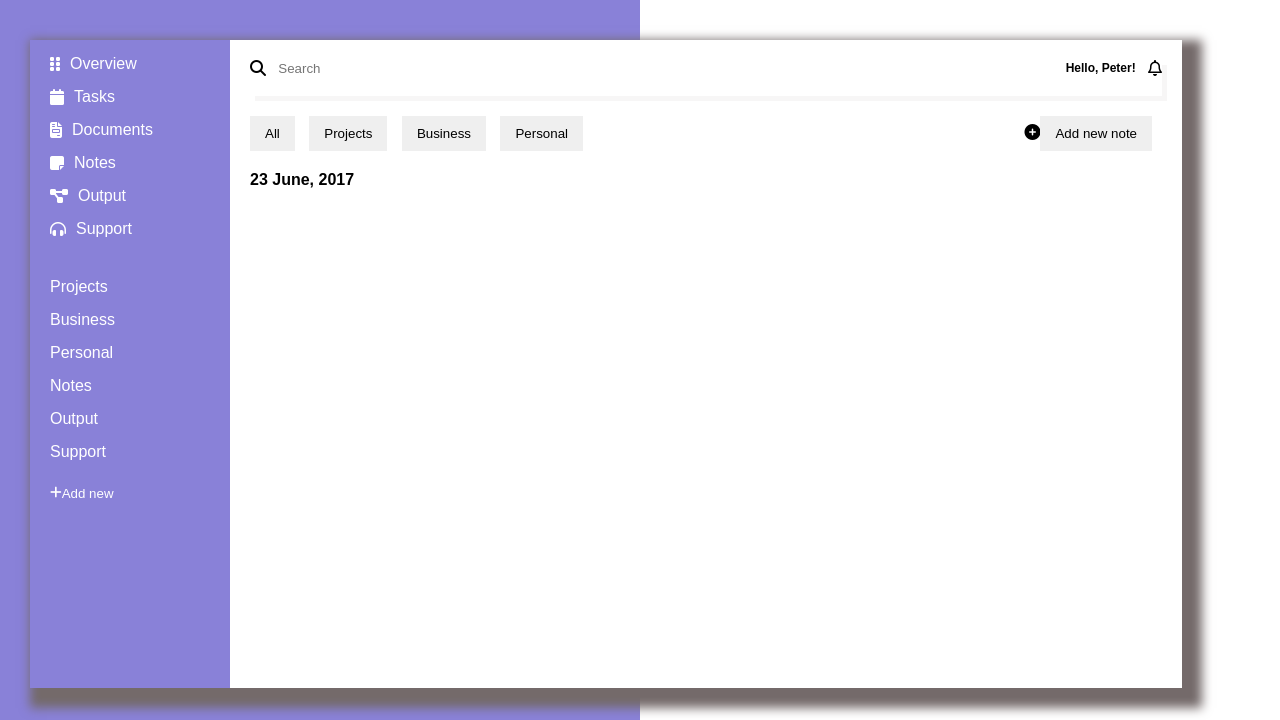
Repository: SatenikGabrielyan/HTML_CSS-_Assignment
Page: index.html
An editor plug-in stored every save of this project. The page is shown before and after the next save, followed by the edit.
The browser window is 1280 px wide. The pictures show the whole page.
Some web libraries are served in a nearby version.

Above is the page before, as saved 2025-03-18 00:29:17.

### index.html
<!DOCTYPE html>
<html lang="en">
  <head>
    <meta charset="UTF-8" />
    <meta name="viewport" content="width=device-width, initial-scale=1.0" />
    <title>Notes App</title>
    <link rel="stylesheet" href="./style.css" />
    <script src="https://kit.fontawesome.com/858d305f19.js" crossorigin="anonymous"></script>
</head>
  <body>
      <div class="cont">
          <div class="purp"></div>
          <div class="whit"></div>
      </div>
    <div class="container">
      <aside class="sidebar">
        <!-- <header class="circle">
            <i class="fa-regular fa-circle"></i>
        </header> -->
        <nav>
            <ul class="first">
                <li><i class="fa-solid fa-grip-vertical"></i>Overview</li>
                <li> <i class="fa-solid fa-calendar"></i>Tasks</li>
                <li><i class="fa-solid fa-file-invoice"></i>Documents</li>
                <li><i class="fa-solid fa-note-sticky"></i>Notes</li>
                <li><i class="fa-solid fa-diagram-project"></i>Output</li>
                <li><i class="fa-solid fa-headphones-simple"></i>Support</li>
            </ul>
            <ul class="second">
                <li>Projects</li>
                <li>Business</li>
                <li>Personal</li>
                <li>Notes</li>
                <li>Output</li>
                <li>Support</li>
            </ul>
        </nav>
        <button class="add-new"><i class="fa-solid fa-plus"></i>Add new</button>
        <div class="foot">

        </div>
    </aside>

    <main class="main-content">
       <div class="header">
            <i class="fas fa-search"></i>  <input type="text" placeholder="Search">
            <h3>Hello, Peter!</h3> <i class="fa-regular fa-bell"></i>
    </div>
    <div class="proj">
        <div class="but">
        <div class="tabs">
            <button>All</button>
            <button>Projects</button>
            <button>Business</button>
            <button>Personal</button>
        </div>
        <div >
            <i class="fa-solid fa-circle-plus"></i><button class="add tabs">Add new note</button>
        </div>
    </div>
        <!-- <div class="notes-grid">

            <div class="note-card">
                <h4>23 June, 2017</h4>
                <h5>The monkey-rope</h5>
                <p>Being the savage's bowsman, that is, the person who pulled the bow-oar.</p>
            </div>
            <div class="note-card">
                <h4>20 June, 2017</h4>
                <h5>Being the savage's bowsman</h5>
                <p>The person who pulled the only one bow-oar.</p>
            </div>
            <div class="note-card">
                <h4>1 June, 2017</h4>
                <h5>Vacation!</h5>
            </div>
            <div class="note-card">
                <h4>25 May, 2017</h4>
                <h5>The monkey-rope</h5>
                <p>Being the savage's bowsman, that is, the person who pulled the bow-oar.</p>
            </div>
            <div class="note-card">
                <h4>20 May, 2017</h4>
                <h5>New workplace</h5>
            </div>
            <div class="note-card">
                <h4>5 May, 2017</h4>
                <h5>That is, the person</h5>
                <p>Being the savage.</p>
            </div>
        </div> -->
        <div class="cards">
            <div class="card">
                <h4>23 June, 2017</h4>

            </div>
        </div>
    </div>
    </main>

    </div>

  </body>
</html>

### style.css
/* CSS Variables for Colors */
:root {
    --bg-color: #fbfbfb;
    --primary-color: #8981d8;
    --secondary-color: #d0d0d0;
    --text-color: #858499;
    --highlight-color: #7f77cc;
    --hover-color: rgba(137, 129, 216, 0.5);
  }


  * {
    margin: 0;
    padding: 0;
    box-sizing: border-box;
  }

  body {
    font-family: Arial, sans-serif;
    /* background-color: var(--bg-color); */
    display: flex;
    height: 100vh;
  }
  .wrapper{
    position: relative;
  }

  .cont{
      display: flex;
      width: 100%;
      position: relative;
      z-index: -1;
      border-radius: 10px;
  }
.purp {
    width: 50%;
    background-color: var(--primary-color);
    flex-direction: row;
}
.whit {
    width: 50%;
    /* background-color: lightgray; */
    flex-direction: row;
}
  .container {
    display: flex;
    width: 90%;
    height: 90%;

    box-shadow: 10px 10px 10px 10px rgb(116, 106, 106);
    margin-left: 30px;
    margin-right: 30px;
    margin-top: 40px;
    margin-bottom: 80px;
    background: center;
    position: absolute;
    z-index: 2;
  }

   .sidebar {
    width: 200px;
    background-color: var(--primary-color);
    color: #fff;
    display: flex;
    flex-direction: column;
    /* padding: 20px; */
  }

  /* .main-content li {
    float: left;
  }

  .main-content li a {
    display: block;
    color: white;
    text-align: center;
    padding: 14px 16px;
    text-decoration: none;
  }

  .main-content li a:hover:not(.active) {
    background-color: #111;
  } */
  /* .first {
    list-style-type: none;
     list-style: none;
} */
.first li {
    margin: 15px 0;
    display: flex;
    align-items: center;
    cursor: pointer;
    padding-left: 20px;
}
  .sidebar-header h2 {
    margin-bottom: 20px;
  }

  .first li i {
    margin-right: 10px;
  }
  .second {
      margin-top: 40px;
  }
 .second li {
    margin: 15px 0;
    display: flex;
    align-items: center;
    cursor: pointer;
    padding-left: 20px;
 }
 .second li::marker {
    color: red;
  }
  .main-content {
    background-color: white;
    /* width: 200px; */
    flex-grow: 1;
    flex: 1;
    /* padding-top: 20px; */
     padding: 20px;
    /* overflow-y: auto;  */
  }

   /* header {
    display: flex;
    justify-content: space-between;
    align-items: center;
    margin-bottom: 20px;
  } */

  /*
  .header-left p {
    font-size: 1.2em;
    color: var(--text-color);
  }

  .header-right {
    display: flex;
    align-items: center;
  }

  .header-right i {
    margin-right: 20px;
    cursor: pointer;
  }

  .add-note-btn {
    background-color: var(--primary-color);
    color: #fff;
    border: none;
    padding: 10px 20px;
    cursor: pointer;
    display: flex;
    align-items: center;
  }

  .add-note-btn i {
    margin-right: 10px;
  }


  .notes-grid {
    display: grid;
    grid-template-columns: repeat(auto-fill, minmax(300px, 1fr));
    gap: 20px;
  }

  .note-item {
    background-color: #fff;
    border-radius: 8px;
    box-shadow: 0 2px 4px rgba(0, 0, 0, 0.1);
    overflow: hidden;
    display: flex;
    flex-direction: column;
    padding: 20px;
  }

  .note-item img {
    width: 100%;
    height: auto;
    border-radius: 8px;
    margin-bottom: 15px;
  }

  .note-item p {
    color: var(--text-color);
    font-size: 1em;
    line-height: 1.5;
  }


  .sidebar-list li:hover {
    background-color: var(--highlight-color);
    transition: background-color 0.3s ease;
  }


  @media (max-width: 768px) {
    .container {
      flex-direction: column;
    }

    .sidebar {
      width: 100%;
      flex-direction: row;
      justify-content: space-around;
      padding: 10px;
    }

    .sidebar-list {
      display: flex;
      flex-direction: row;
      gap: 15px;
    }

    .sidebar-list li {
      margin: 0;
    }

    .main-content {
      padding: 10px;
    }

    header {
      flex-direction: column;
      align-items: flex-start;
    }

    .header-right {
      margin-top: 10px;
    }

    .notes-grid {
      grid-template-columns: 1fr;
    }

    .note-item {
      padding: 10px;
    }

    .note-item img {
      margin-bottom: 10px;
    }
  } */
  /* .sidebar {
    background-color: #5e4b9a;
    color: white;
    width: 300px;
    padding: 20px;
} */

/* .sidebar header {
    font-size: 24px;
}

.sidebar nav ul {
    list-style: none;
    padding: 0;
}

.sidebar nav ul li {
    margin: 15px 0;
} */

.add-new {
    background-color: var(--primary-color);
    color: white;
    border: none;
    padding: 10px;
    cursor: pointer;
    display: flex;
    padding-left: 20px;
}

.header {
    display: flex;
    width: 100%;
    justify-content: space-between;
    align-items: center;
    background-color: white;
    box-shadow: 5px  5px rgb(247, 246, 246);
    padding-bottom: 20px;
}

.header input {
    border: none;
    margin: 0;
    width: 85%;
}

.header h3 {
    margin: 0;
    font-size: 12px;
}

.tabs {
    margin: 20px 0;
}

.tabs button {
    margin-right: 10px;
    padding: 10px 15px;
    border: none;
    /* background-color: #e2e2e2; */
    cursor: pointer;
}
.tabs :hover {
    background-color: var(--highlight-color);
    transition: background-color 0.3s ease;
  }

.notes-grid {
    display: grid;
    grid-template-columns: repeat(auto-fill, minmax(240px, 1fr));
    gap: 20px;
}
.but{
    display: flex;
    flex-direction: row;
    justify-content: space-between;
}
.add {
    margin-right: 10px;
    padding: 10px 15px;
    border: none;
    cursor: pointer;
}

.note-card {
    border: 1px solid #e2e2e2;
    border-radius: 10px;
    padding: 15px;
    background-color: #f9f9f9;
}

.note-card h4 {
    margin: 0;
    font-weight: normal;
}

.note-card h5 {
    margin: 10px 0;
}

After the next save:
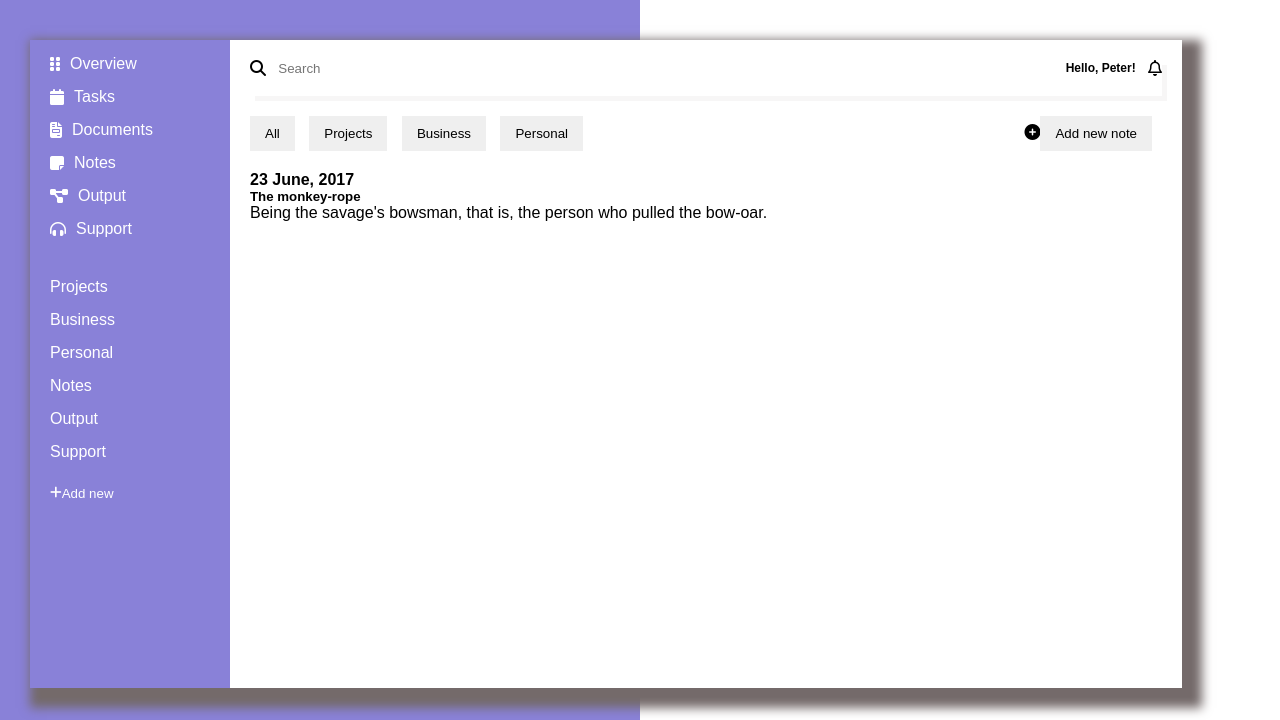
Saved 16 s later.
--- a/index.html
+++ b/index.html
@@ -92,7 +92,8 @@
         <div class="cards">
             <div class="card">
                 <h4>23 June, 2017</h4>
-
+                <h5>The monkey-rope</h5>
+                <p>Being the savage's bowsman, that is, the person who pulled the bow-oar.</p>
             </div>
         </div>
     </div>
